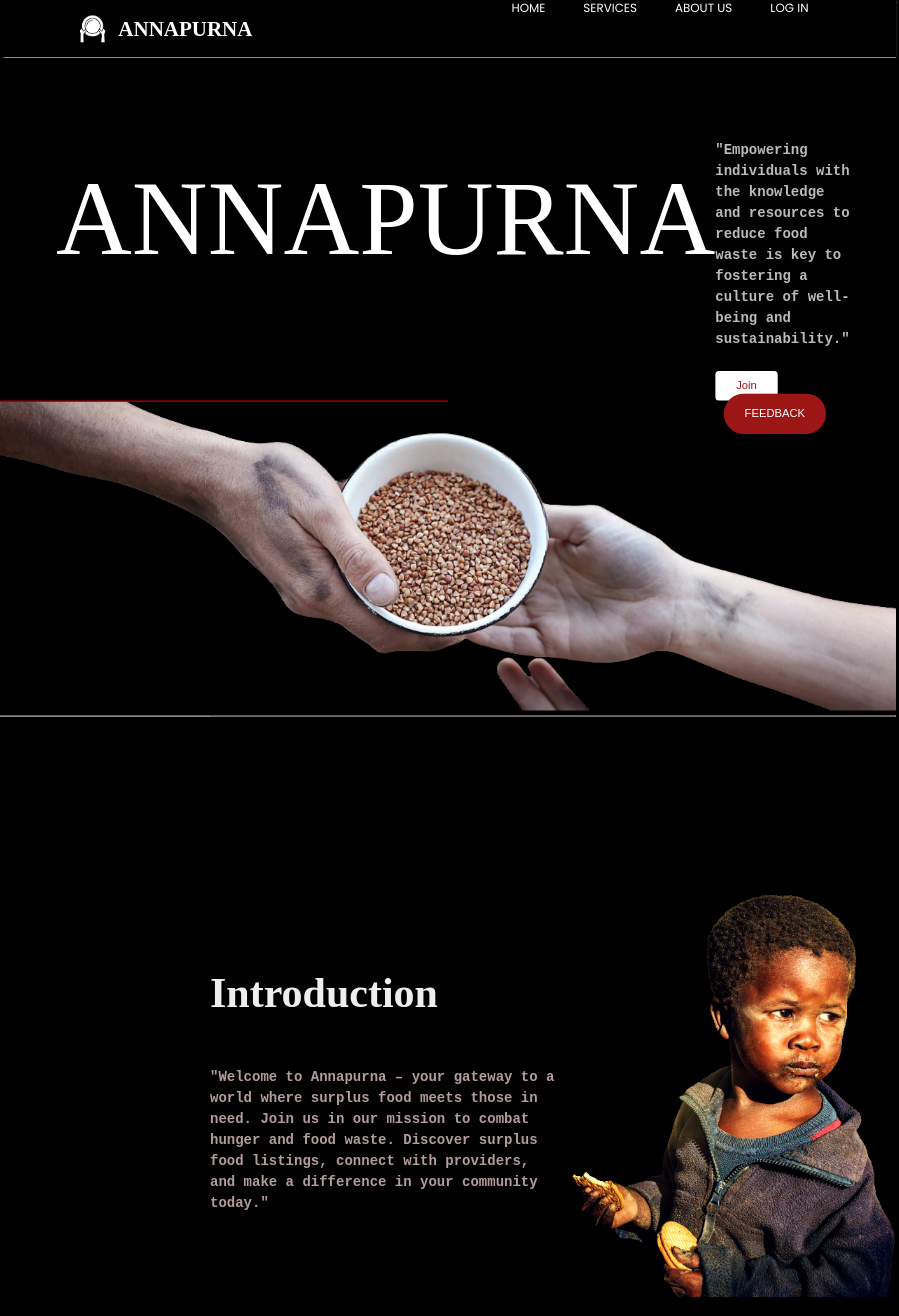
Repository: letscodeshivansh/Annapurna-fullstack-
Page: http://localhost/
An editor plug-in stored every save of this project. The page is shown before and after the next save, followed by the edit.
The browser window is 1280 px wide. The page is 1284 px wide, so the pictures cover 1284 px, including what lies to the right of the window. The pictures show the part of the page from y = 0 to 1880 px (the page is 4659 px tall), at 70% of full size.
Some web fonts or font styles are not loaded; a fallback is used. Some web libraries are served in a nearby version. The page is served by the project's Node server (src/server.js).

Above is the page before, as saved 2024-06-13 18:46:28.

### templates/landing.ejs
<!--<?php
    session_start();


        include("connection.php");
        include("functions.php");

        $user_data = check_login($con);

    ?>-->

    <!DOCTYPE html>
    <html lang="en">
    <head>
        <meta charset="UTF-8">
        <meta name="viewport" content="width=device-width, initial-scale=1.0">
        <title>Annapurna</title>
        <style>
           @font-face {
                font-family: "heading-font";
                src: url('annapurna/Noto_Serif/NotoSerif-VariableFont_wdth,wght.ttf');
            }
        </style>
        <link rel = "stylesheet" href="style.css">
        <script src="https://kit.fontawesome.com/a076d05399.js" crossorigin="anonymous"></script>
        <link rel="stylesheet" href="https://use.fontawesome.com/releases/v5.6.3/css/all.css" integrity="sha384-UHRtZLI+pbxtHCWp1t77Bi1L4ZtiqrqD80Kn4Z8NTSRyMA2Fd33n5dQ8lWUE00s/" crossorigin="anonymous">

    </head>
    <body>

    <!--main landing page-->
        <div class="container4">
            <nav>
                <input type="checkbox" id="check">
                <label for = "check" class="checkbtn">
                    <i class="fas fa-bars" style="cursor: pointer;"></i>
                </label>

                <img src="mainlogo-photoaidcom-invert-removebg-preview.png" alt="" style="height: 64px; width:64px; margin-top: 9px; margin-left: 100px">
                <label class="logo" style="padding-left: 5px; font-family: heading-font; position: fixed;padding-top:19px">ANNAPURNA</label>


                <ul>

                    <li><a href="#">HOME</a></li>
                    <li><a href="#">SERVICES</a></li>
                    <li><a href="aboutus">ABOUT US</a></li>
                    <li><a href="login">LOG IN</a></li>

                </ul>
            </nav>


            <div style="display: flex; justify-content: space-between;">
                <div>

                    <h1 class = "logos" style = "font-family: heading-font;">ANNAPURNA</h1>
                </div>

                <div class="moto" style="padding-top: 200px; padding-bottom: 0px; padding-right: 70px; width: 25%; font-size:20px; color: rgb(187, 187, 187);">
                    <h4 style = "font-family: monospace; ">
                        "Empowering individuals with the knowledge and resources to reduce food waste is key to fostering a culture of well-being and sustainability."
                    </h4>
                    <div><a href="#">
                        <a href="login">
                        <button class = "btn btn-info btn-lg" style="cursor: pointer;">
                            Join
                        </button></a>
                        </a>
                    </div>

                </div>
            </div><hr class="hr1" color="red" />
            <div class = "hands">

                <img src="2.png" style="width: 100%;">
                <hr class="hr2"/>
            </div>

        </<div>


    <!--introduction-->
        <div class="container3" >
            <div class="slide1">

                <div class="intro">
                    <h2 style = "font-family: heading-font;">Introduction</h2>
                    <br>

                    <h4 style = "font-family: monospace; font-size:20px;">"Welcome to Annapurna – your gateway to a world where surplus food meets those in need. Join us in our mission to combat hunger and food waste. Discover surplus food listings, connect with providers, and make a difference in your community today."</h4>
                </div>


                <div class="intropic">

                    <img src = "9-png.png" >
                </div>
            </div>


        </div>
        <hr/>
    <!--About-->
        <div class="container5">
            <div class="slide3" style="background: linear-gradient(454deg, #9574ff, #ff5353);">
                <div class="about">
                    <h2 style = "font-family: heading-font;">
                        ABOUT
                    </h2>
                    <br>
                    <br>
                    <h3 style = "font-family: monospace; font-size:20px;">
                        Annapurna Premium is an innovative platform that revolutionizes the way surplus food is managed, connecting food providers with consumers and donors to combat hunger and food waste. Building upon the success of our standard Annapurna website, Annapurna Premium offers enhanced features and services tailored to meet the diverse needs of our users.
                    </h3>
                    <br>
                    <h3 style = "font-family: monospace; font-size:20px;">
                        Our mission is simple yet profound: to create a world where no one goes hungry and where surplus food is utilized to its fullest potential. With Annapurna Premium, food providers have the opportunity to sell or donate surplus food on a daily or regular basis, empowering them to generate income while making a positive impact on their communities.
                    </h3>
                </div>
            </div>
        </div>

    <!--Our team-->

        <div class="container6">
            <div class="slide4">
                <div class="team">
                    <h2 style = "font-family: heading-font;">
                        OUR TEAM
                    </h2>
                    <br>
                </div>
                <div class="pics">
                    <div class="parth">
                        <img src="parth.jpeg" alt="">
                        <h1 style = "font-family: monospace; font-size:20px;">Parth Sauguny</h1>
                        <p style="font-size: 20px">Project <br>Documentation <br>& Reporting</p>

                    </div>

                    <div class="shivansh">
                        <img src="shivansh.jpg" alt="">
                        <h1 style = "font-family: monospace; font-size:20px;">Shivansh Srivastava</h1>
                        <p style="font-size: 20px">Team <br>Management <br>& Leadership</<p>
                    </div>
                    <div class="sourav">
                        <img src="sotrav1.jpeg" alt="">
                        <h1 style = "font-family: monospace; font-size:20px;">Sourav Kispotta</h1>
                        <p style="font-size: 20px">Technical <br>Oversight &<br> Decision-Making</p>
                    </div>
                </div>
            </div>
        </div>


    <!--footer-->
        <hr>
        <div class="container">
            <footer class="footer">
                <div class="container2">
                    <div class="row">
                        <div class="footer-col">
                            <h4>company</h4>
                            <ul>
                                <li><a href="#">about us</a></li>
                                <li><a href="#">our services</a></li>
                                <li><a href="#">privacy policy</a></li>
                                <li><a href="#">affiliate program</a></li>
                            </ul>
                        </div>
                        <div class="footer-col">
                            <h4>get help</h4>
                            <ul>
                                <li><a href="#">FAQ</a></li>
                                <li><a href="#">shipping</a></li>
                                <li><a href="#">returns</a></li>
                                <li><a href="#">order status</a></li>
                                <li><a href="#">payment options</a></li>
                            </ul>
                        </div>

                        <div class="footer-col">
                            <h4>follow us</h4>
                            <div class="social-links">
                                <a href="#"><i class="fab fa-facebook-f"></i></a>
                                <a href="#"><i class="fab fa-twitter"></i></a>
                                <a href="https://www.instagram.com/annapurna0.official?utm_source=ig_web_button_share_sheet&igsh=ZDNlZDc0MzIxNw=="><i class="fab fa-instagram"></i></a>
                                <a href="#"><i class="fab fa-linkedin-in"></i></a>
                            </div>
                        </div>
                    </div>
                    <div class="tnc" style="color: white;">
                        Terms & Conditions
                    </div>
                </div>

            </footer>
        </div>

    <!--Sticky feedback button-->
        <div class="container7">
            <div class="stickybutton">
                <a href="feedback.html">
                <button class = "btn btn-info btn-lg" style="cursor: pointer; bottom: 50px;">
                    FEEDBACK

                </button>
                </a>
            </div>
        </div>
    </body>
    </html>

### src/mongodb.js
const mongoose = require("mongoose");

// Retrieve MongoDB connection URI from environment variable
const mongoURI = process.env.MONGODB_URI || "mongodb://127.0.0.1:27017/Annapurna";

mongoose.connect(mongoURI, { useNewUrlParser: true, useUnifiedTopology: true })
  .then(() => {
    console.log("MongoDB connected");
  })
  .catch((error) => {
    console.error("MongoDB connection error:", error);
  });

const userSchema = new mongoose.Schema({
  username: {
    type: String,
    required: true,
    unique: true // Ensure username is unique
  },
  password: {
    type: String,
    required: true
  }
});

const foodSchema = new mongoose.Schema({
    title: {
      type: String,
      required: true
    },
    description: {
      type: String,
      required: true
    },
    deadline: {
      type: Date,
      required: true
    },
    price: {
      type: Number,
      required: true // Ensure price is required
    },
    images: [{
      type: String, // Assuming that we will store image URLs as strings
    }],
    feeder: {
      type: String,
      required: true
    }
});

// Create and export the User model
const User = mongoose.model('User', userSchema);
const Food = mongoose.model('Food', foodSchema);

module.exports = { User, Food };

### public/style.css
@import url('https://fonts.googleapis.com/css2?family=Poppins:wght@200;300;400;500;600;700&display=swap');
*{
    padding: 0;
    margin: 0;
    text-decoration: none;
    list-style: none;
    box-sizing: border-box;
    background: rgb(0, 0, 0);
}

body{
    font-family: "Poppins" ;
}
.moto{
    font-size: 80px;
    padding-top: 150px;
    padding-bottom: 0px;
    padding-right: 80px;
    width: 40%;
    color: rgb(187, 187, 187);

}

.moto button{
    background-color: #ffffff; /* Green */
    border: none;
    color: #9c1616;
    padding: 12px 30px;
    text-align: center;
    text-decoration: none;
    display: inline-block;
    font-size: 16px;
    border-radius: 5px;
    margin-top: 30px;

}

.moto h4:hover{
    color: #9c1616;
	margin-left: 20px;
    transition: all 0.5s ease;

}
.moto button:hover{
    color: white;
    background-color: #9c1616;
    margin-left: 20px;
    transition: all 0.5s ease;
}


.logos{
    position: relative;
    font-size:150px;
    color: white;
    font-weight: 450;
    padding-left: 80px;
    padding-bottom: 0;
    padding-top: 200px;

}

.logos:hover{
    position: relative;
    padding-left: 100px;
    transition: all 0.5s ease-in-out;
    color: #666666;
}


nav{
    height: 82px;
    width: 100%;
    box-shadow: 2px 1px 2px #eee;
    position: fixed;

    transition: 0.6s;
    z-index: 100000;

}



nav ul{
    float: right;
    margin-right: 100px;
}

nav ul li{
    display: inline-block;
    line-height:20px;
    margin: 0 10px;
    justify-content: space-evenly;


}


nav ul li a{

    color:white;
    font-size: 17px;
    border-radius: 30px;
    padding: 10px 15px;
    text-transform: uppercase;
}

a.active,a:hover{
    color: #b92f2f;
    cursor: pointer;
    background: none;
    padding-right: 20px;
    transition: all 0.5s ease;


}

.checkbtn{
    font-size: 30px;
    color: rgb(255, 255, 255);
    float: right;
    line-height:78px;
    margin-right:40px;
    cursor: pointer;
    display: none;
}
label.logo{
    color: white;
    font-size: 30px;
    padding-top: 25px ;
    position: fixed;
    cursor: pointer;
    font-weight:600;





}
#check{
    display: none;

}
.hr1{
    color: red;
    width: 50%;
    margin-inline-end: 0;
}
.hands:hover{
    padding-left: 15px;
    transition:all 0.5s ease;
}


@media (max-width: 952px){
    label.logo{
        font-size: 30px;
        padding-left: 30px;
    }

    .logos{
        display: none;
    }
    nav ul li a{
        font-size: 16px;
    }
}
@media (max-width: 858px){



    .checkbtn{
        display: block;

    }

    nav{
        height: 78px;
        box-shadow: 2px 1px 2px #eee;
    }
    ul{
        position:fixed;
        width: 100%;
        height: 100vh;
        top: 80px;
        left: -100%;
        text-align: center;
        transition: all 0.5s ease;


    }
    nav ul li{
        display:block;
        margin: 50px 0;
        line-height:30px;


    }
    nav ul li a{
        font-size:20px;

    }
    a:hover,a.active{
        background:none;
        color: #9c1616;
    }

    #check:checked ~ ul{
        left: 0;
    }
}

.intro{

    font-size: 40px;
    padding-top: 350px;
    margin-left: 300px;
    color: rgb(179, 156, 156);
    width: 50%;


}

.intro h2{
    color: #eee;
    font-size: 60px;


}
.intro h4{
    font-size: 25px;
}
.intropic{
    padding-top: 250px;
    padding-bottom: 320px;

}

.container5{
    padding-bottom: 350px;
}
.about h2{
    font-size: 50px;
    color: white;
    padding-left: 300px;

    margin-top: 150px;

}

.about h3{
    color: rgb(179,156,156);
    font-size: 25px;
    padding-left: 300px;
    padding-right: 300px;

}


/*
footer css
*/
@import url('https://fonts.googleapis.com/css2?family=Poppins:wght@300;400;500;600;700&display=swap');
body{
	line-height: 1.5;
	font-family: 'Poppins', sans-serif;

}
*{

	margin:0;
	padding:0;
    background: #000000;
	box-sizing: border-box;

}
.container{
    background: #000000;

}
.container2{
	max-width: 100%;
    padding-left: 80px;
    margin-top: 50px;
    margin-bottom: 80px;


}
.slide1{
    display: flex;
}

.row{
	display: flex;
	flex-wrap: wrap;


}
ul{
	list-style: none;

}
.footer{
	background-color: #000000;


}
.footer-col{
   width: 25%;
   padding: 0px 15px;

}
.footer-col h4{
	font-size: 18px;
	color: #ffffff;
	text-transform: capitalize;
	margin-bottom: 35px;
	font-weight: 500;
	position: relative;

}
.footer-col h4::before{
	content: '';
	position: absolute;
	left:0;
	bottom: -10px;
	background-color: #e91e63;
	height: 2px;
	box-sizing: border-box;
	width: 50px;
}
.footer-col ul li:not(:last-child){
	margin-bottom: 10px;
}
.footer-col ul li a{
	font-size: 16px;
	text-transform: capitalize;
	color: #ffffff;
	text-decoration: none;
	font-weight: 300;
	color: #bbbbbb;
	display: block;
    border-radius: 20px;
	transition: all 0.3s ease;
    padding-bottom: 10px;
}
.footer-col ul li a:hover{
	color: #9c1616;
	padding-left: 8px;
    background: none;

}
.footer-col .social-links a{
	display: inline-block;
	height: 40px;
	width: 40px;
	background-color: rgba(179, 174, 174, 0.2);
	margin:0 10px 10px 0;
	text-align: center;
	line-height: 40px;
	border-radius: 50%;
	color: #ffffff;
	transition: all 0.5s ease;

}
.footer-col .social-links a:hover{
	color: #ffffff;
	background-color: #645f5f;

}

/*responsive*/
@media(max-width: 767px){

    .footer-col{
        width: 50%;
        margin-bottom: 30px;
    }

    .footer{
        position: fixed;
        bottom: 0;

    }



}
@media(max-width: 574px){
    .footer-col{
        width: 100%;
}


}
.stickybutton{
    position: fixed;
    bottom:100px;
    right: 100px;
    background: none;

}
.stickybutton button{
    background-color: #9c1616; /* Green */
    border: none;
    color: #ffffff;
    padding: 20px 30px;
    text-align: center;
    text-decoration: none;
    display: inline-block;
    font-size: 16px;
    border-radius: 30px;
    text-decoration: none;


}

.stickybutton button:hover{
    box-shadow: #e91e63 2px 2px 3px;
    transition: all 0.5s ease;
}
.team{
    color: white;
    text-align: center;
    font-size: 40px;
    padding-top: 0px;
}
.parth img{
    height: 300px;
    width: 300px;
    border-radius: 10px;
}


.shivansh img{
    height: 300px;
    width: 300px;
    border-radius: 10px;
}

.sourav img{
    height: 300px;
    width: 300px;
    border-radius: 10px;

}

.pics {
    display: flex;
    justify-content: space-evenly;
    color: white;
    text-align: center;
    padding-top:100px;

}

.parth h1, .shivansh h1, .sourav h1{
    padding-top: 30px ;
}

.parth img:hover, .shivansh img:hover, .sourav img:hover{
    width: 350px;
    height: 350px;
    transition: all 0.5s ease-in-out;
    box-shadow: #7c7c7c 7px 7px 7px;


}
.jasmin p, .shivansh p, .sourav p{
    padding-top: 25px;
    padding-bottom: 250px;

}

.black-bg h2 {
    text-align: left;
    font-size: 69px;
    margin: 45px 20px;
}

/* Base card styling */
.card {
    display: grid;
    grid-template-columns: repeat(10, 1fr);
    justify-content: space-between;
    align-items: center;
    width: 100%;
    border: 1px solid #ddd;
    padding: 20px;
    box-sizing: border-box;
    transition: box-shadow 0.3s ease;
    margin-bottom: 60px;
    background: linear-gradient(-20deg, #ffffff, #d9d6d396);
    border-radius: 30px;
    box-shadow: 0 0 6px 6px rgba(255, 255, 255, 0.7);
}

.card:hover {
    box-shadow:
        10px 10px 10px rgba(174, 170, 170, 0.2),
        -10px 10px 10px rgba(200, 200, 200, 0.2),
        10px -10px 10px rgba(255, 255, 255, 0.2),
        -10px -10px 10px rgba(215, 215, 215, 0.2);
}

/* Card elements styling */
.card .image {
    grid-column: 1 / 2;
    width: 100px;
    height: 100px;
    border-radius: 50%;
    background: #ffffff;
    background-size: cover;
    background-position: center;
    margin-left: 20%;
    text-align: center;
    padding: 10px;
}

.card .title {
    grid-column: 2 / 4;
    text-align: center;
    padding: 10px;
    font-weight: bold;
    font-size: 25px;
}

.card .description {
    grid-column: 4 / 8;
    text-align: center;
    padding: 10px;
}

.card .deadline {
    grid-column: 8 / 9;
    text-align: center;
    padding: 10px;
    font-weight: bold;
}

.card .price {
    grid-column: 9 / 10;
    text-align: center;
    padding-left: 50%;
    padding-bottom: 8%;
    font-weight: 700;
    font-size: 20px;
}

.card .price {
    font-weight: bold;
}

.card .chat-button {
    grid-column: 10 / 11;
    text-align: center;
    padding-left: 40%;
}

.chat-button {
    display: flex;
    align-items: right;
    color: white;
    cursor: pointer;
    text-align: right;
    text-decoration: none;
}

.chat-button a {
    display: flex;
    align-items: center;
    text-decoration: none;
}

.chat-icon {
    width: 60px;
    height: 60px;
    border-radius: 50%;
}

.edit-button {
    grid-column: 10 / 11;
    border-radius: 5px;
}

.edit-button:hover {
    background-color: rgba(240, 248, 255, 0.718);
    font-weight: 600;
}

/* Responsive styling */
@media (max-width: 1024px) {
    .card {
        grid-template-columns: repeat(8, 1fr);
    }
    .card .title {
        grid-column: 2 / 5;
    }
    .card .description {
        grid-column: 5 / 8;
    }
    .card .deadline {
        grid-column: 8 / 9;
    }
    .card .price {
        grid-column: 9 / 10;
        padding-left: 0;
    }
    .card .chat-button {
        grid-column: 10 / 11;
        padding-left: 0;
    }
}

@media (max-width: 768px) {
    .card {
        grid-template-columns: repeat(4, 1fr);
        text-align: center;
    }
    .card .image {
        grid-column: 1 / -1;
        margin-left: 0;
        width: 70px;
        height: 70px;
    }
    .card .title {
        grid-column: 1 / -1;
        font-size: 20px;
    }
    .card .description {
        grid-column: 1 / -1;
    }
    .card .deadline {
        grid-column: 1 / 3;
    }
    .card .price {
        grid-column: 3 / 4;
        padding-left: 0;
        padding-bottom: 0;
    }
    .card .chat-button {
        grid-column: 4 / 5;
        padding-left: 0;
    }
}

@media (max-width: 480px) {
    .card {
        grid-template-columns: 1fr;
    }
    .card .image,
    .card .title,
    .card .description,
    .card .deadline,
    .card .price,


    .card .chat-button {
        grid-column: 1 / -1;
        padding-left: 2px;
        padding-bottom: 10px;
    }
}

Loaded but not shown: src/server.js (159 lines, source omitted)

After the next save:
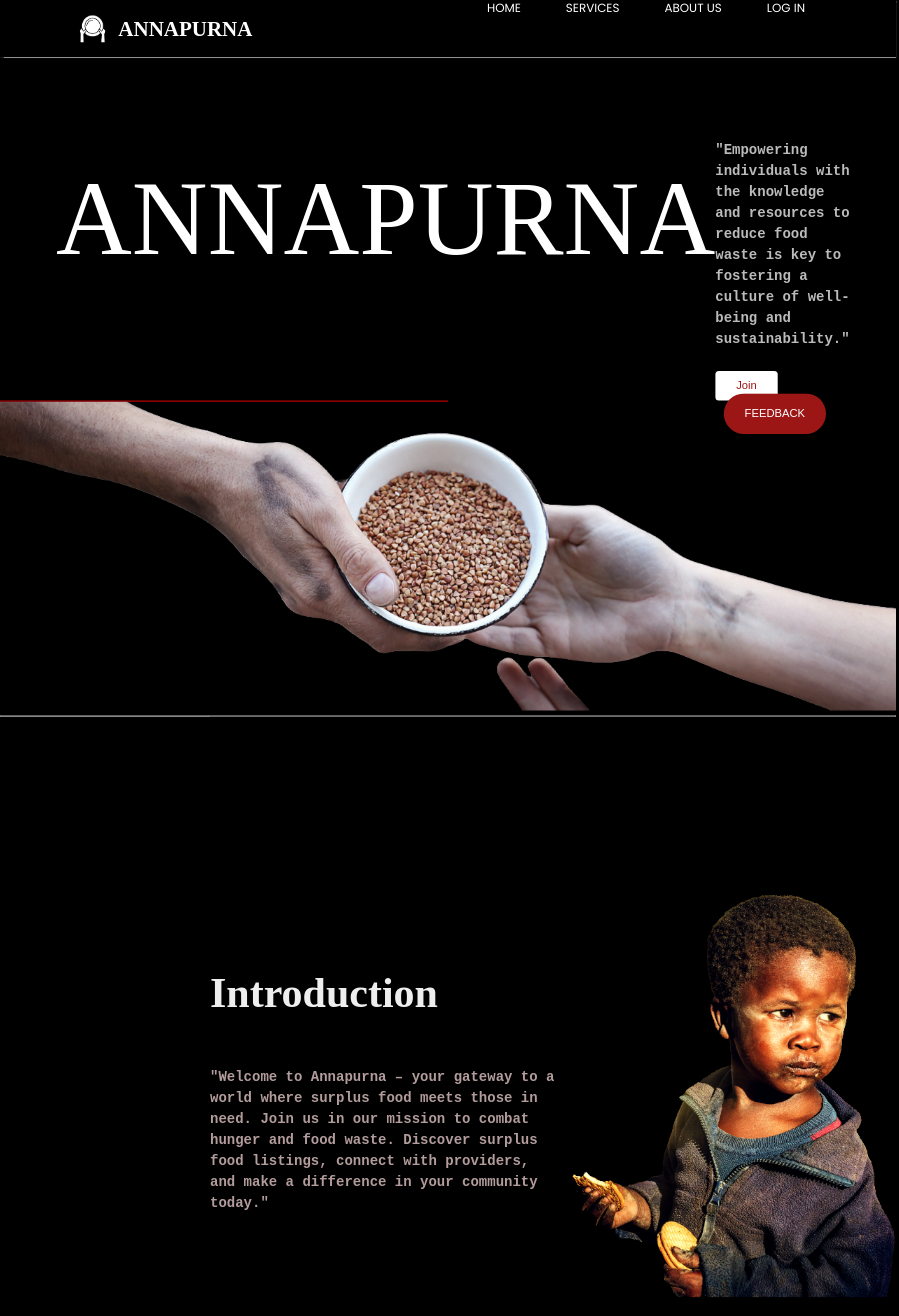
Saved 7 s later.
--- a/public/style.css
+++ b/public/style.css
@@ -89,7 +89,7 @@ nav ul{
 nav ul li{
     display: inline-block;
     line-height:20px;
-    margin: 0 10px;
+    margin: 0 15px;
     justify-content: space-evenly;
 
 
